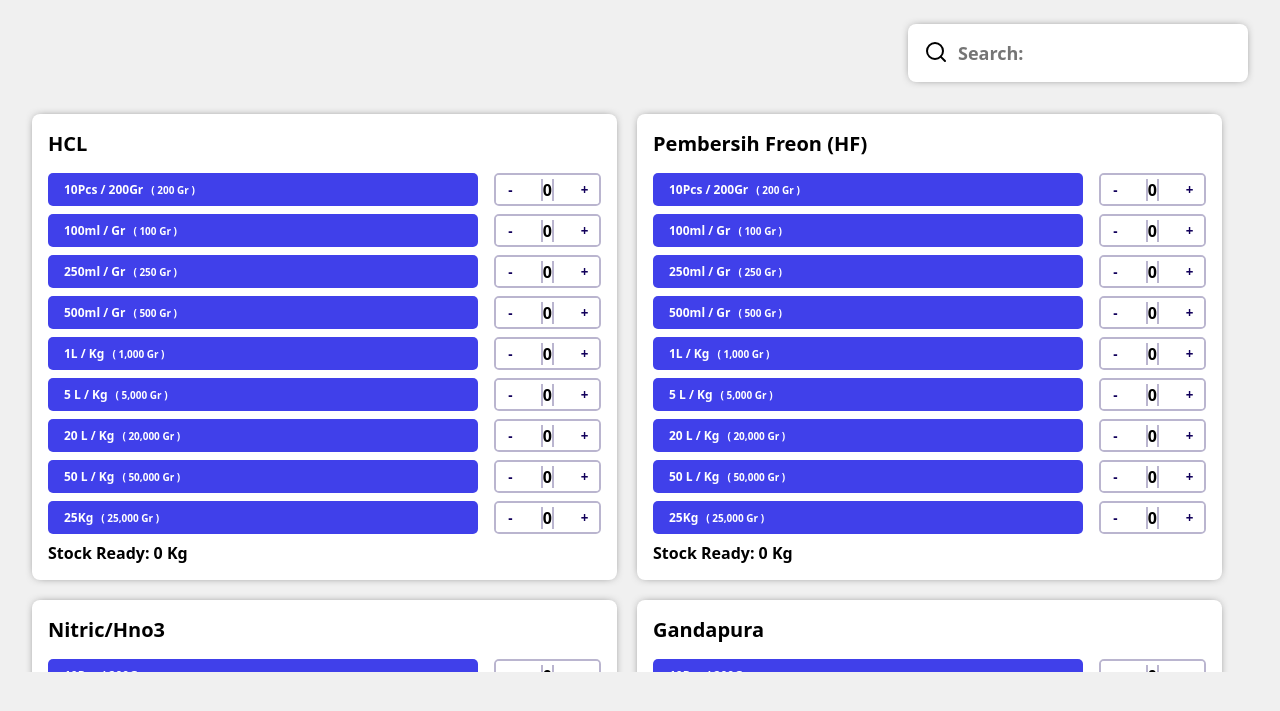
Repository: zuraniumlab-design/upstock-amsk
Page: /
These files come from the project's save history. The page is drawn as it stood at one moment and after the next save; the edit follows.
The browser window is 1280 px wide. The pictures show the whole page.
An inner scrolling area shows only its first screen. The project was rebuilt for these pictures with package versions that can differ from the ones it lists, and the page was loaded fresh each time. Also part of the build but not shown: vite.config.js.

Above is the page before, as saved 2026-06-18 18:08:39.

After the next save:
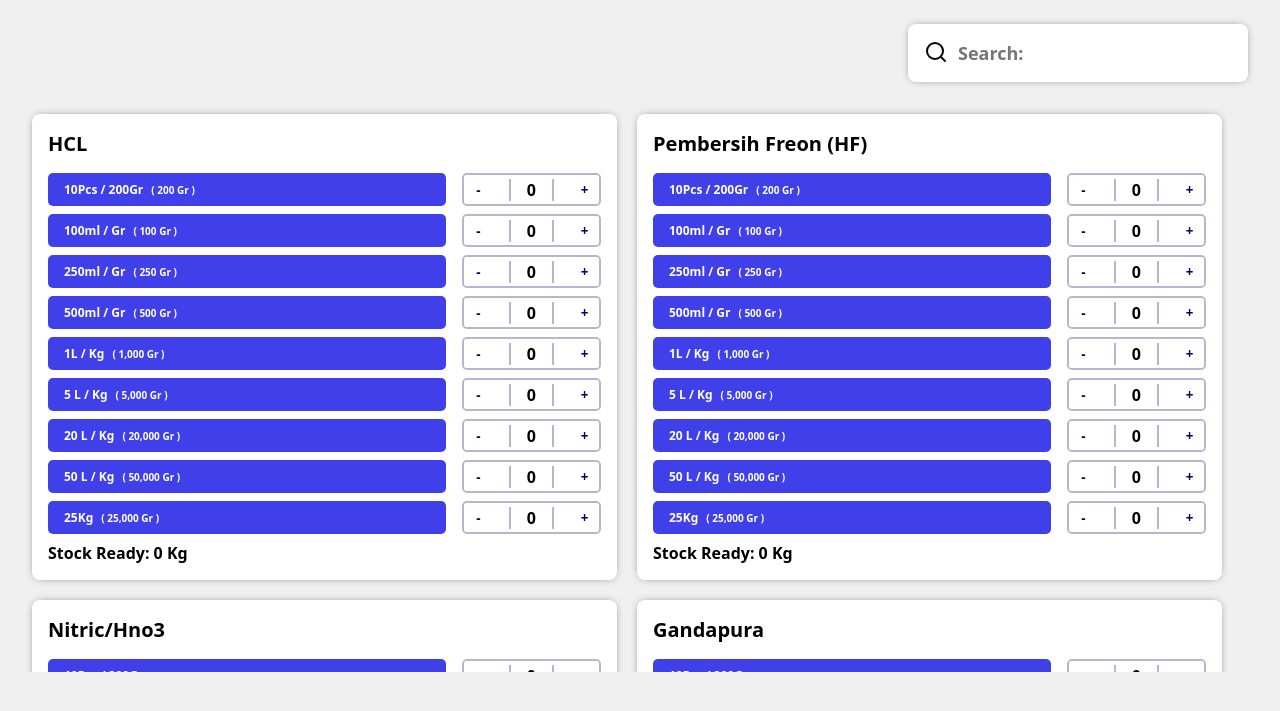
Saved 66 s later.
--- a/src/App.module.css
+++ b/src/App.module.css
@@ -120,7 +120,7 @@
 }
 .stockDisplay {
   border-inline: 2px solid #12005b4a;
-  flex: 1;
+  padding-inline: 1rem;
 }
 .stock button {
   background-color: #fff;
